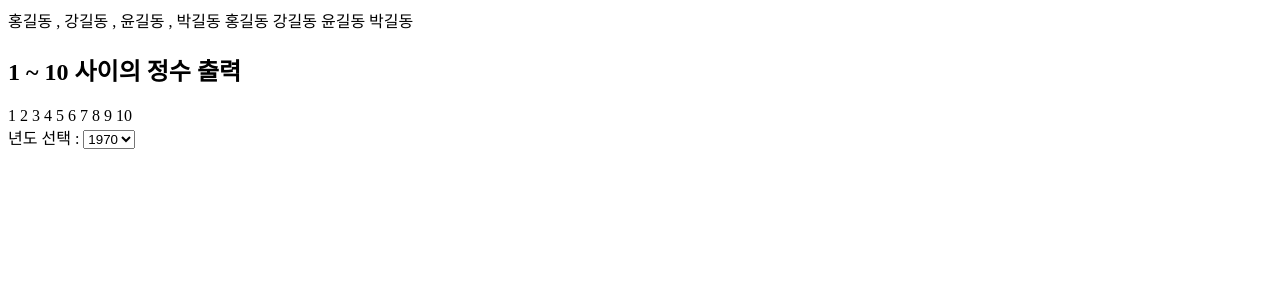
Repository: cdj6995/Web
Page: http://localhost/Lecture-Web/jsp/jstl/core/exam05.jsp
An editor plug-in stored every save of this project. The page is shown before and after the next save, followed by the edit.
The browser window is 1280 px wide. The pictures show the whole page.
The page is served by Tomcat 9.

Above is the page before, as saved 2022-06-07 07:39:12.

After the next save:
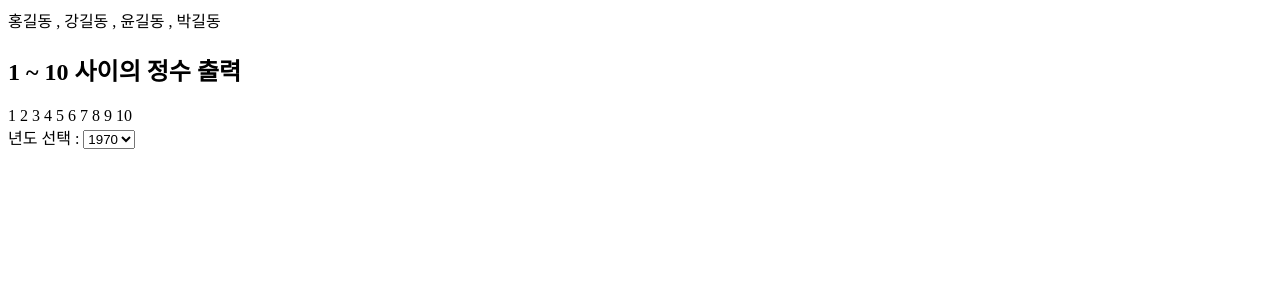
Saved 6 s later.
--- a/Lecture-Web/src/main/webapp/jsp/jstl/core/exam05.jsp
+++ b/Lecture-Web/src/main/webapp/jsp/jstl/core/exam05.jsp
@@ -23,11 +23,11 @@
 	</c:forEach>
 
 
-	<c:forEach var="name" items="${ names }">
+<%-- 	<c:forEach var="name" items="${ names }">
 		${ name }
 
 	</c:forEach>
-
+ --%>
 
 	<h2>1 ~ 10 사이의 정수 출력</h2>
 	<c:forEach var="i" begin="1" end="10">

After the 2 saves that followed:
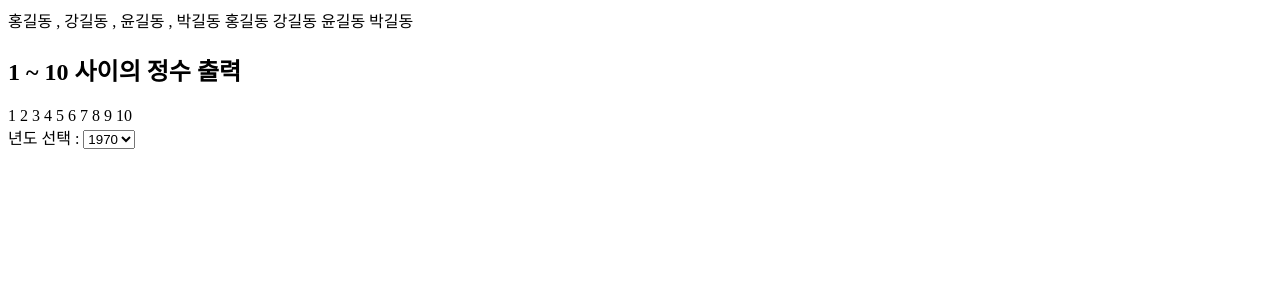
The 2 saves are shown as one change because 1 left the picture as it was.
The last was saved 28 s later.
--- a/Lecture-Web/src/main/webapp/jsp/jstl/core/exam05.jsp
+++ b/Lecture-Web/src/main/webapp/jsp/jstl/core/exam05.jsp
@@ -19,15 +19,14 @@
 		<c:if test="${ i != length }">
 			,
 		</c:if>
+	</c:forEach>
+
+
+	<c:forEach var="name" items="${ names }">
+		${ name }
 
 	</c:forEach>
 
-
-<%-- 	<c:forEach var="name" items="${ names }">
-		${ name }
-
-	</c:forEach>
- --%>
 
 	<h2>1 ~ 10 사이의 정수 출력</h2>
 	<c:forEach var="i" begin="1" end="10">
